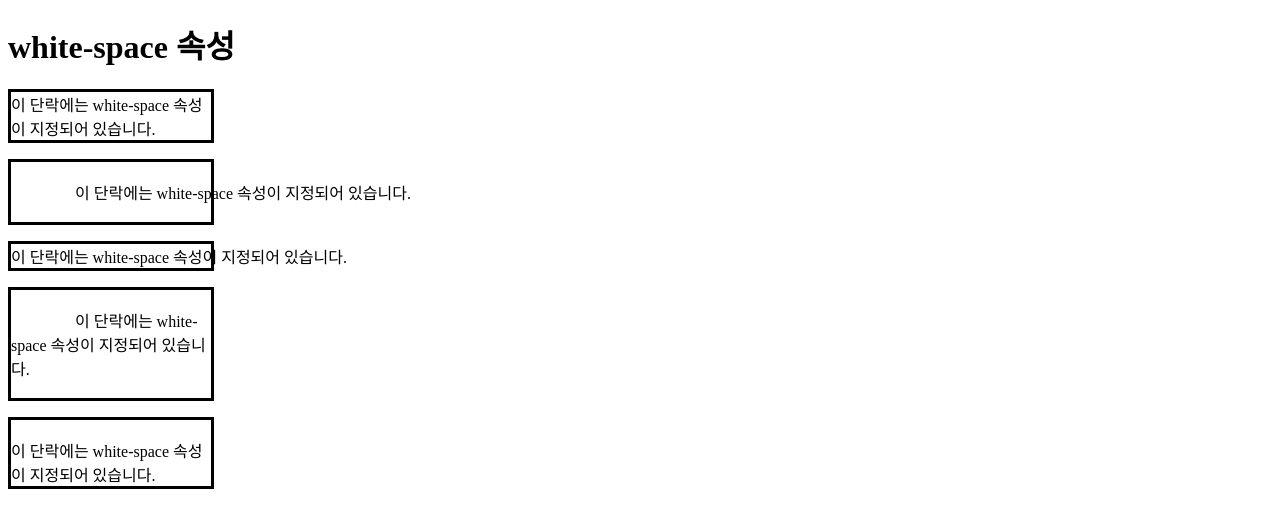
Repository: cussip/SuperHands
Page: WebExam/src/main/webapp/css/fonts/text/white-space.html
An editor plug-in stored every save of this project. The page is shown before and after the next save, followed by the edit.
The browser window is 1280 px wide. The pictures show the whole page.

Above is the page before, as saved 2022-01-31 02:22:34.

### WebExam/src/main/webapp/css/fonts/text/white-space.html
<!DOCTYPE html>
<html>
<head>
	<meta charset="UTF-8">
	<title>white-space.html</title>
	<style>
		p {
			width : 	200px ;
			border :	3px solid #000 ;
		}
		.normal 	{ white-space : normal ; }
		.pre 		{ white-space : pre ; }
		.nowrap 	{ white-space : nowrap ; }
		.pre-wrap 	{ white-space : pre-wrap ; }
		.pre-line 	{ white-space : pre-line ; }
	</style>
</head>
<body>
	<!-- 텍스트의 공백과 줄바꿈의 처리 방법을 지정한다. -->
	<h1>white-space 속성</h1>
	<p class="normal">
		이 단락에는 white-space 속성이 지정되어 있습니다.
	</p>
	<p class="pre">
		이 단락에는 white-space 속성이 지정되어 있습니다.
	</p>
	<p class="nowrap">
		이 단락에는      white-space     속성이 지정되어 있습니다.
	</p>
	<p class="pre-wrap">
		이 단락에는 white-space 속성이 지정되어 있습니다.
	</p>
	<p class="pre-line">
		이 단락에는 white-space 속성이 지정되어 있습니다.
	</p>
</body>
</html>

After the next save:
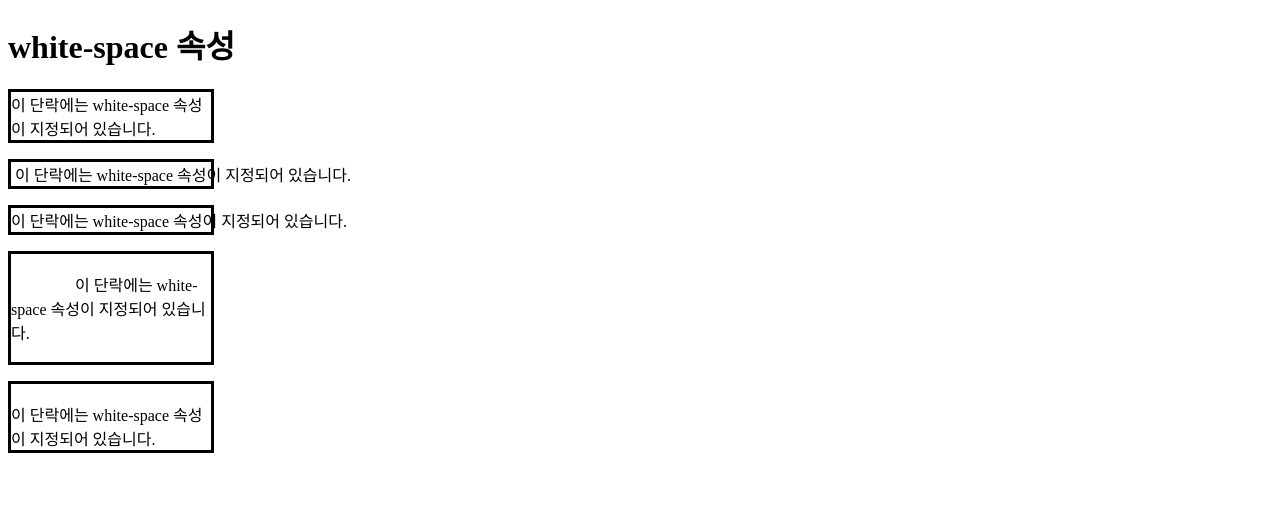
Saved 2 min 27 s later.
--- a/WebExam/src/main/webapp/css/fonts/text/white-space.html
+++ b/WebExam/src/main/webapp/css/fonts/text/white-space.html
@@ -21,9 +21,7 @@
 	<p class="normal">
 		이 단락에는 white-space 속성이 지정되어 있습니다.
 	</p>
-	<p class="pre">
-		이 단락에는 white-space 속성이 지정되어 있습니다.
-	</p>
+	<p class="pre"> 이 단락에는 white-space 속성이 지정되어 있습니다. </p>
 	<p class="nowrap">
 		이 단락에는      white-space     속성이 지정되어 있습니다.
 	</p>
